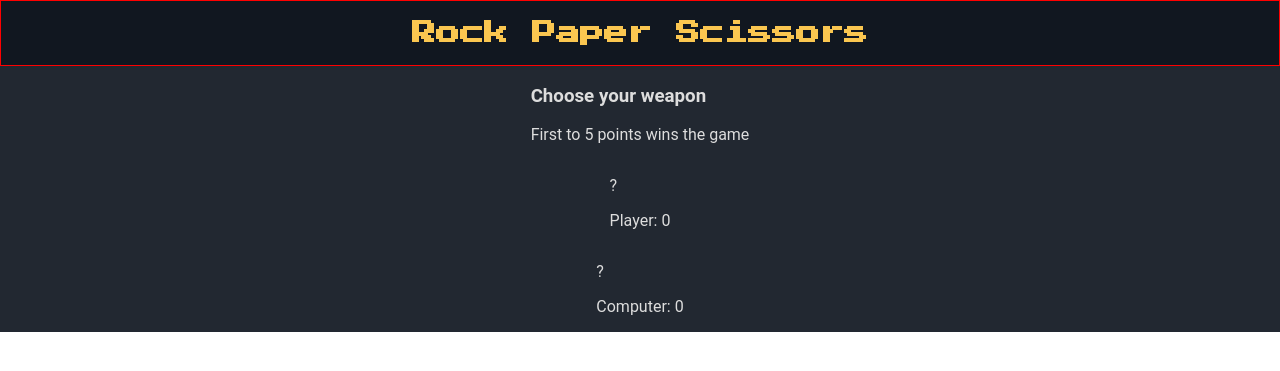
Repository: Aaryan-Poria/Rock-Paper-Scissors
Page: index.html
The author's editor kept a copy of each file at every save. The page is drawn from the files as they stood at one save, then again after the next save.
The browser window is 1280 px wide. The pictures show the whole page.

Above is the page before, as saved 2023-08-21 21:33:56.

### index.html
<!DOCTYPE html>
<html lang="en">
  <head>
    <meta charset="UTF-8" />
    <meta name="viewport" content="width=device-width, initial-scale=1.0" />
    <title>Rock Paper Scissors</title>
    <link rel="preconnect" href="https://fonts.googleapis.com" />
    <link rel="preconnect" href="https://fonts.gstatic.com" crossorigin />
    <link
      href="https://fonts.googleapis.com/css2?family=Press+Start+2P&display=swap"
      rel="stylesheet"
    />
    <link rel="stylesheet" href="style.css" />
  </head>

  <body>
    <section class="head">
      <h2>Rock Paper Scissors</h2>
    </section>
    <section class="main">
      <div class="main-text">
        <h3>Choose your weapon</h3>
        <p>First to 5 points wins the game</p>
      </div>
      <div class="player-text">
        <p class="qmark 1">?</p>
        <p class="score 1">Player: 0</p>
      </div>
      <div class="comp-text">
        <p class="qmark 2">?</p>
        <p class="score 2">Computer: 0</p>
      </div>
    </section>
  </body>
</html>

### style.css
body {
  margin: 0;
  padding: 0;
  display: flex;
  flex-direction: column;
}
.head {
  display: flex;
  justify-content: center;
  align-items: center;
  border: 1px solid red;
  color: #fac650;
  background-color: #111720;
  font-family: "Press Start 2P", cursive;
}
.main {
  display: flex;
  flex-direction: column;
  background-color: #222831;
  color: #dddddd;
  font-family: "Roboto", sans-serif;
  align-items: center;
}

After the next save:
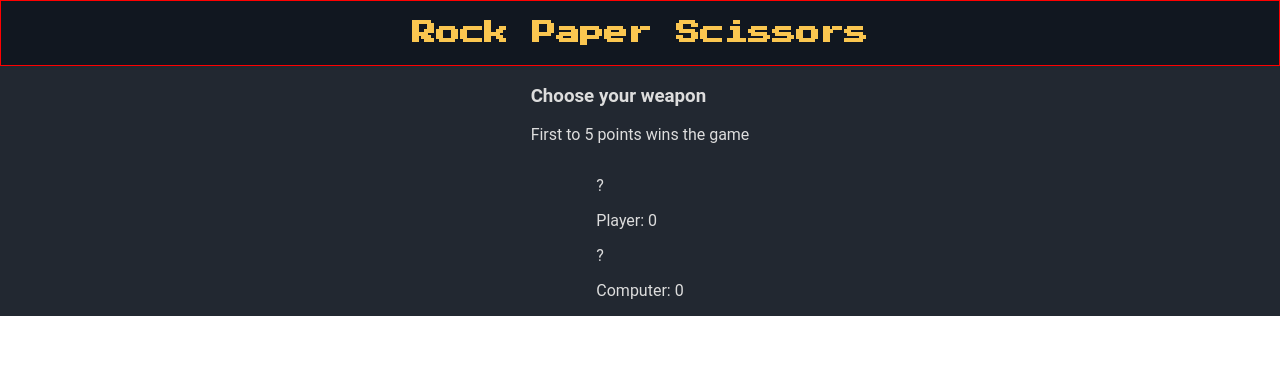
Saved 84 s later.
--- a/index.html
+++ b/index.html
@@ -22,13 +22,15 @@
         <h3>Choose your weapon</h3>
         <p>First to 5 points wins the game</p>
       </div>
-      <div class="player-text">
-        <p class="qmark 1">?</p>
-        <p class="score 1">Player: 0</p>
-      </div>
-      <div class="comp-text">
-        <p class="qmark 2">?</p>
-        <p class="score 2">Computer: 0</p>
+      <div class="text-content">
+        <div class="player-text">
+          <p class="qmark 1">?</p>
+          <p class="score 1">Player: 0</p>
+        </div>
+        <div class="comp-text">
+          <p class="qmark 2">?</p>
+          <p class="score 2">Computer: 0</p>
+        </div>
       </div>
     </section>
   </body>
